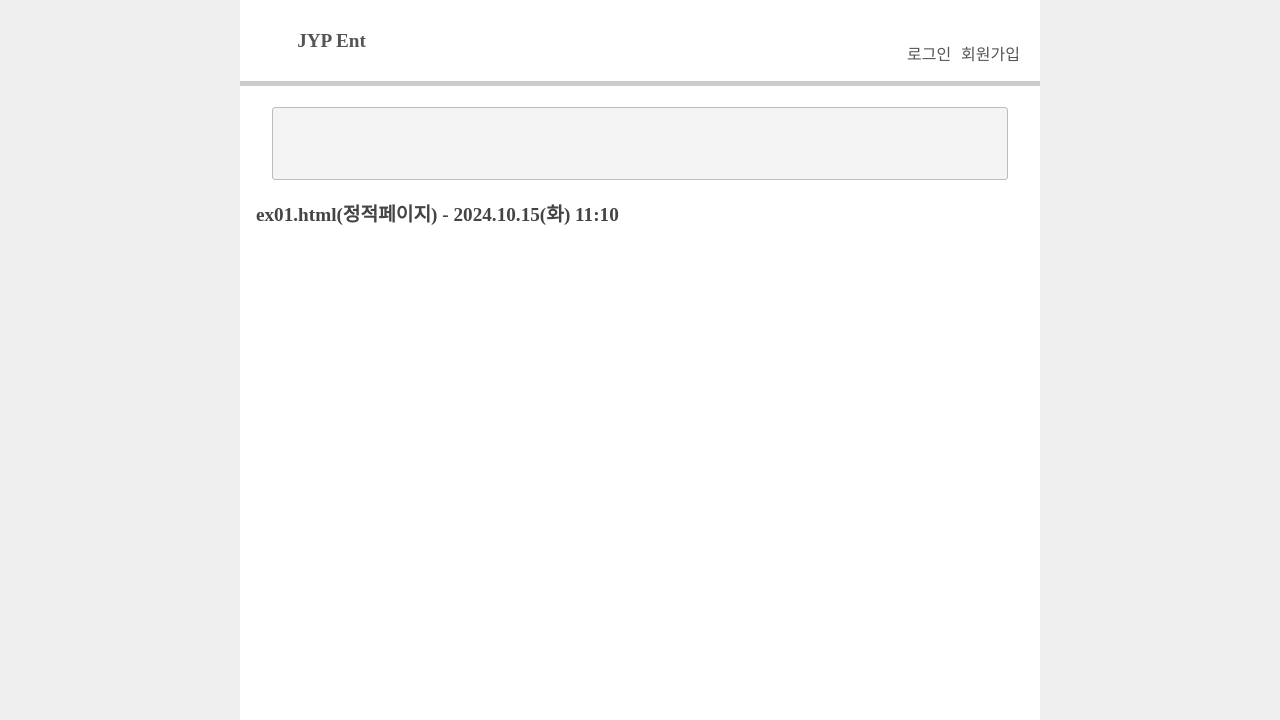
Repository: junyong231/JSP-SSIT
Page: http://localhost/jspPro/days01/ex01.jsp
These files come from the project's save history. The page is drawn as it stood at one moment and after the next save; the edit follows.
The browser window is 1280 px wide. The pictures show the whole page.
Some web fonts or font styles are not loaded; a fallback is used. The page is served by Tomcat 9. Nobody is signed in. The application's start-up code is not run. Other server files are loaded and not shown.

Above is the page before, as saved 2024-10-15 02:11:35.

### jspPro/src/main/webapp/days01/ex01.jsp
<%@ page contentType="text/html; charset=UTF-8" pageEncoding="UTF-8"%>
<!DOCTYPE html>
<html>
<head>
<meta charset="UTF-8">
<title>Insert title here</title>
<link rel="shortcut icon" type="image/x-icon" href="http://localhost/jspPro/images/SiSt.ico">
<script src="https://ajax.googleapis.com/ajax/libs/jquery/3.7.1/jquery.min.js"></script>
<meta name="viewport" content="width=device-width, initial-scale=1.0">
<meta name="google" content="notranslate">
<link rel="stylesheet" href="http://localhost/jspPro/resources/cdn-main/example.css">
<script src="http://localhost/jspPro/resources/cdn-main/example.js"></script>
<style>
 span.material-symbols-outlined{
    vertical-align: text-bottom;
 }
</style>
</head>
<body>
<header>
  <h1 class="main"><a href="#" style="position: absolute;top:30px;">JYP Ent</a></h1>
  <ul>
    <li><a href="#">로그인</a></li>
    <li><a href="#">회원가입</a></li>
  </ul>
</header>
<div>
  <xmp class="code">

  </xmp>
  <h3>ex01.html(정적페이지) - 2024.10.15(화) 11:10</h3>
</div>
</body>
</html>

### jspPro/src/main/webapp/resources/cdn-main/example.css
@charset "UTF-8";

@import url('https://fonts.googleapis.com/css2?family=Material+Symbols+Outlined:opsz,wght,FILL,GRAD@20..48,100..700,0..1,-50..200');

@font-face {
    font-family: 'GmarketSansMedium';
    src: url('https://cdn.jsdelivr.net/gh/projectnoonnu/noonfonts_2001@1.1/GmarketSansMedium.woff') format('woff');
    font-weight: normal;
    font-style: normal;
}

:root {
	--text-color: #555;
	--sub-text-color: #777;
	--back-color: #EFEFEF;
	--header-color: #444;
	--primary-color: #DEDEDE;
	--secondary-color: #EFEFEF;
	--default-width: 800px;
	--narrow-width: 500px;
	--wide-width: 1200px;
	--text-font: 'GmarketSansMedium';
	--icon-font: 'Material Symbols Outlined';
	--border-color: #CCC;
}

html, body {
	margin: 0;
	padding: 0;
}

html {
	background-color: var(--back-color);
	display: flex;
	justify-content: center;
	min-height: 100vh;
}

body, body.default {
	width: var(--default-width);
	background-color: white;
	padding-bottom: 120px;
}

body.wide {
	width: var(--wide-width);
}

body.narrow {
	width: var(--narrow-width);
}



body, p, div, span, a, input, select, option, textarea, button, table, th, td, label, fieldset, legend {
	font-family: var(--text-font);
	color: var(--text-color);
}

h1, h2, h3 {
	font-family: var(--text-font);
	color: var(--header-color);
	padding: 0 1rem;
	padding-top: .5rem;
}

div > h1, div > h2, div > h3 {
	padding: 0;
}

body > div, body > main > div {
	padding: 0.3rem 1rem;
}


h1 { font-size: 2rem; border-bottom: 1px solid var(--border-color); }
h1 small { font-size: 1.2rem; color: var(--sub-text-color); }
h2 { font-size: 1.5rem; border-bottom: 1px dashed var(--border-color); }
h2 small { font-size: 1.1rem; color: --sub-text-color; }
h3 { font-size: 1.2rem; }
h3 small { font-size: 1rem; color: --sub-text-color; }



h1.main::before {
	font-family: var(--icon-font);
  	content: '\e666';
  	margin-right: 10px;
  	float: left;
	font-size: 2.5rem;
}

h1.sub::before {
	font-family: var(--icon-font);
  	content: '\ea19';
  	margin-right: 10px;
  	float: left;
	font-size: 2.5rem;
}


h1.page::before {
	font-family: var(--icon-font);
  	content: '\e0e0';
  	margin-right: 10px;
  	float: left;
	font-size: 2.5rem;
}

body > header > ul > li > .active{
	background-color: #FFF;
	color:#F00;
}

body > header {
	display: flex;
	justify-content: space-between;
	border-bottom: 5px solid var(--border-color);
	min-height: 74px;
	background-color: #FFF;
}

body > header.sticky {
	position: sticky;
	top: 0;
	z-index: 98;
}

body > header > h1 {
	font-size: 1.2rem;
	border: 0;
}

body > header.in > h1::before {
	font-family: var(--icon-font);
  	content: '\e332‥';
  	margin-right: 3px;
  	float: left;
	font-size: 2rem;
}


body > header > ul {
	list-style-type: none;
	display: flex;
	align-items: flex-end;
	margin-right: 10px;
}

body > header > ul > li {
	margin-right: 10px;
	cursor: pointer;
}

body > header > ul > li > a {
	cursor: pointer;
}


form {
	display: block;
}

form > div {
	padding: 0.3rem 1rem;
}

div > form > div {
	padding: 0.3rem 0;
}

input, textarea, button, select {
	border: 1px solid #BBB;
	border-radius: 3px;
	outline: none;
	resize: none;
	padding: 7px;
	margin: 0;
}

input[type=text]:read-only, textarea:read-only {
	cursor: not-allowed;
	background-color: #FFF;
}

input[type=text]:disabled, textarea:disabled {
	cursor: not-allowed;
	background-color: #EEE;
}

input[type=text], input[type=password], textarea, button, select {
	/* width: 300px; */
}

textarea {
	display: block;
	height: 100px;
}

input[type=button], input[type=submit], button {
	/* width: inherit; */
}

input.short, textarea.short, button.short, select.short {
	width: 100px;
}

input.long, textarea.long, button.long, select.long {
	width: 350px;
}

.narrow input.long, .narrow textarea.long, .narrow button.long, .narrow select.long {
	width: calc(100% - 20px);
}

input.full, textarea.full, button.full, select.full {
	width: calc(100% - 20px);
}

textarea.short {
	height: 50px;
}

textarea.long {
	height: 100px;
}

textarea.full {
	height: 200px;
}

input, textarea {
	padding-top: 8px;
}

input[type=button], input[type=submit], button {
	padding: 5px 10px;
	background-color: var(--secondary-color);
	cursor: pointer;
	min-height: 36px;
}

input[type=button].primary, input[type=submit].primary, button.primary {
	/* background-color: rgba(100, 149, 237, .2); */
	background-color: var(--primary-color);
}

input[type=button].primary:hover, input[type=submit].primary:hover, button.primary:hover {
	/* background-color: rgba(100, 149, 237, .3); */
	background-color: var(--secondary-color);
}

input[type=button]:hover, input[type=submit]:hover, button:hover {
	background-color: var(--primary-color);
}

button {
	position: relative;
	left: 0;
	top: 0;
	padding-left: 35px;
}

button .material-symbols-outlined {
	position: absolute;
	left: 10px;
	top: 4px;
}

/* k2nik add */
button.login::before {
	font-family: var(--icon-font);
  	content: '\ea77';
	position: absolute;
	left: 11px;
	top: 4px;
	font-size: 1.25rem;
}

/* k2nik logout */
button.logout::before {
	font-family: var(--icon-font);
  	content: '\e9ba';
	position: absolute;
	left: 11px;
	top: 4px;
	font-size: 1.25rem;
}

/* k2nik help */
button.help::before {
	font-family: var(--icon-font);
  	content: '\f1c0';
	position: absolute;
	left: 11px;
	top: 4px;
	font-size: 1.25rem;
}

button.add::before{
	font-family: var(--icon-font);
  	content: '\e746';
	position: absolute;
	left: 11px;
	top: 4px;
	font-size: 1.25rem;
}

button.back::before {
	font-family: var(--icon-font);
  	content: '\e166';
	position: absolute;
	left: 11px;
	top: 4px;
	font-size: 1.25rem;
}

button.list::before {
	font-family: var(--icon-font);
  	content: '\e0ee';
	position: absolute;
	left: 11px;
	top: 4px;
	font-size: 1.25rem;
}


button.del::before {
	font-family: var(--icon-font);
  	content: '\e872';
	position: absolute;
	left: 11px;
	top: 4px;
	font-size: 1.25rem;
}


button.edit::before {
	font-family: var(--icon-font);
  	content: '\e745';
	position: absolute;
	left: 11px;
	top: 4px;
	font-size: 1.25rem;
}


button.login::before {
	font-family: var(--icon-font);
  	content: '\ea77';
	position: absolute;
	left: 11px;
	top: 4px;
	font-size: 1.25rem;
}


button.logout::before {
	font-family: var(--icon-font);
  	content: '\e9ba';
	position: absolute;
	left: 11px;
	top: 4px;
	font-size: 1.25rem;
}


button.in::before {
	font-family: var(--icon-font);
  	content: '\f71a';
	position: absolute;
	left: 11px;
	top: 4px;
	font-size: 1.25rem;
}


button.out::before {
	font-family: var(--icon-font);
  	content: '\f70e';
	position: absolute;
	left: 11px;
	top: 4px;
	font-size: 1.25rem;
}


button.reply::before {
	font-family: var(--icon-font);
  	content: '\e15e';
	position: absolute;
	left: 11px;
	top: 4px;
	font-size: 1.25rem;
}


button.comment::before {
	font-family: var(--icon-font);
  	content: '\e0b9';
	position: absolute;
	left: 11px;
	top: 4px;
	font-size: 1.25rem;
}


button.modal::before {
	font-family: var(--icon-font);
  	content: '\e89e';
	position: absolute;
	left: 11px;
	top: 4px;
	font-size: 1.25rem;
}


button.ok::before {
	font-family: var(--icon-font);
  	content: '\e86c';
	position: absolute;
	left: 11px;
	top: 4px;
	font-size: 1.25rem;
}


button.cancel::before {
	font-family: var(--icon-font);
  	content: '\e5c9';
	position: absolute;
	left: 11px;
	top: 4px;
	font-size: 1.25rem;
}

button.search::before {
	font-family: var(--icon-font);
  	content: '\e8b6';
	position: absolute;
	left: 11px;
	top: 4px;
	font-size: 1.25rem;
}

button.home::before {
	font-family: var(--icon-font);
  	content: '\e88a';
	position: absolute;
	left: 11px;
	top: 4px;
	font-size: 1.25rem;
}


button.sidebar::before {
	font-family: var(--icon-font);
  	content: '\f7e4';
	position: absolute;
	left: 11px;
	top: 4px;
	font-size: 1.25rem;
}


button.sidebar-right::before {
	font-family: var(--icon-font);
  	content: '\f7e5';
	position: absolute;
	left: 11px;
	top: 4px;
	font-size: 1.25rem;
}




button::before {
	font-family: var(--icon-font);
  	content: '\e323';
	position: absolute;
	left: 11px;
	top: 4px;
	font-size: 1.25rem;
}


table {
	border-collapse: collapse;
	margin: 1rem;
	box-sizing: border-box;
	width: calc(100% - 32px);
}

table.content {
	width: auto;
}

div > table {
	margin: 0;
}

table th, table td {
	border: 1px solid var(--border-color);
	padding: 7px;
	font-weight: normal;
}

table th {
	background-color: var(--back-color);
}

table.vertical th {
	width: 150px;
}

table.vertical td {
	width: calc(100% - 182px);
	padding-left: 10px;
}

table.content td, table.content th {
	width: auto;
}

body.narrow table.vertical th {
	width: 100px;
}

body.narrow table.vertical td {
	width: calc(100% - 182px);
}


table + table {
	margin-top: 30px;
}


p {
	padding: 0 1rem;
}

a {
	text-decoration: none;
}

a:hover {
	color: rgba(255, 99, 71, .7);
}

hr {
	border: 0;
	border-top: 1px solid var(--border-color);
	margin: 2rem 0;
}

.message {
	border: 1px solid var(--border-color);
	background-color: #EFEFEF;
	margin: 1rem;
	width: auto;
	padding-top: 10px;
	padding-bottom: 10px;
	font-size: 14px;
}

.message[title]::before {
	content: attr(title);
	display: block;
	border-bottom: 1px solid var(--border-color);
	padding-bottom: 5px;
	margin-bottom: 10px;
	margin-top: 7px;
}

.message.short {
	max-width: 250px;
}

.message.long {
	max-width: 500px;
}

.badge {
	float: right;
	font-size: .8rem;
	margin-top: 2px;
	margin-right: 2px;
	text-shadow: 0 0 7px gray;
}

.badge.left {
	float: none;
	margin-left: 2px;
}

.badge.right {
	float: right;
}

.badge.red {
	border-radius: 50%;
	padding: 2px 5px;
	background-color: rgb(255, 99, 71, .3);
}

.badge.yellow {

	border-radius: 50%;
	padding: 2px 5px;
	background-color: rgb(255, 215, 0, .5);
}

.badge.blue {
	border-radius: 50%;
	padding: 2px 5px;
	background-color: rgb(100, 149, 237, .3);
}

label + label {
	margin-left: 7px;
}

label input[type=checkbox], label input[type=radio] {
	transform: translate(0, 1px);
}

.group {
	display: flex;
}

.modal-content .group {
	margin-bottom: .5rem;
}

.group label {
	border: 1px solid #BBB;
	border-radius: 3px;
	outline: none;
	resize: none;
	padding: 7px 14px;
	margin: 0;
	border-top-right-radius: 0;
	border-bottom-right-radius: 0;
	background-color: #EFEFEF;
	white-space: nowrap;
	font-size: 14px;
}

.group input[type=text] {
	margin-left: -1px;
	border-top-left-radius: 0;
	border-bottom-left-radius: 0;
}

.group select {
	margin-left: -1px;
	border-top-left-radius: 0;
	border-bottom-left-radius: 0;
}

.group input.full[type=text] {
	margin-left: -1px;
	border-top-left-radius: 0;
	border-bottom-left-radius: 0;
	width: 100%;
}

.group input[type=button]:first-child, .group button:first-child {
	border-top-left-radius: 3px;
	border-bottom-left-radius: 3px;
	margin-left: 0px;
}

.group input[type=button], .group button {
	border-radius: 0;
	margin-left: -1px;
}

.group input[type=button]:last-child, .group button:last-child {
	margin-left: -1px;
	border-top-right-radius: 3px;
	border-bottom-right-radius: 3px;
}

.seperate {
	display: flex;
	justify-content: space-between;
}

div.list {
	width: max-content;
	margin: 1rem;
	border: 1px solid #BBB;
	border-radius: 3px;
	padding: 0;
}

div.list.full {
	width: auto;
	display: block;
	margin: 1rem;
	border: 1px solid #BBB;
	border-radius: 3px;
	padding: 0;
}

div.list > div {
	padding: .5rem 1rem;
	margin: 0;
	border-bottom: 1px solid #BBB;
}

div.list > div:last-child {
	border-bottom: 0;
}

pre.code , xmp.code{
	font-family: consols;
	background-color: rgba(150, 150, 150, .1);
	border: 1px solid #BBB;
	border-radius: 3px;
	padding: .5rem 1rem;
	padding-bottom: .6rem;
	margin: 1rem;
}




*[data-modal-window] {
	position: fixed;
	background-color: rgba(0, 0, 0, .3);
	left: 0;
	top: 0;
	display: none;
	justify-content: center;
	align-items: flex-start;
	width: 100%;
	min-height: 100vh;
	z-index: 100;
	opacity: 0;
	transition: 500ms all;
}

*[data-modal-window] .modal-container {
	border-radius: 5px;
	padding: 1rem;
	padding-bottom: .5rem;
	margin-top: -500px;
	opacity: 0;
	width: 500px;
	background-color: #FFF;
	margin-right: 2rem;
	transition: 500ms all;
}

*[data-modal-size=content] .modal-container {
	width: auto;
}

*[data-modal-size=narrow] .modal-container {
	width: 300px;
}

*[data-modal-size=wide] .modal-container {
	width: 760px;
}


*[data-modal-window] .modal-header {
	border-bottom: 1px solid var(--border-color);
	padding: 2px 5px;
}

*[data-modal-window] .modal-content {
	padding: 1rem 5px;
}

*[data-modal-window] .modal-content div:last-child {
	margin-top: 1rem;
	text-align: right;
}



*[data-sidebar-window] {
	position: fixed;
	background-color: #FFF;
	left: 0;
	top: 0;
	display: block;
	width: 300px;
	border-right: 1px solid var(--border-color);
	box-sizing: border-box;
	box-shadow: 0 0 3px var(--back-color);
	min-height: 100vh;
	z-index: 99;
	transform: translate(-300px, 0);
	transition-duration: 500ms;
	transition-property: transform;
}

*[data-sidebar-direction=right] {
	left: auto;
	right: 0;
	transform: translate(300px, 0);
	border-left: 1px solid var(--border-color);
}

*[data-sidebar-size=wide] {
	width: 500px;
	transform: translate(-500px, 0);
}

*[data-sidebar-window] .sidebar-title {
	border-bottom: 1px solid var(--border-color);
	margin-top: 20px;
	margin-bottom: 20px;
	padding-bottom: 5px;
	display: flex;
	justify-content: space-between;
}

*[data-sidebar-window] .sidebar-title span:last-child {
	cursor: pointer;
}


/* K2Nik pagination */
.center {
  text-align: center;
}

.pagination {
  display: inline-block;
}

.pagination a {
  color: black;
  float: left;
  padding: 3px 6px;
  text-decoration: none;
  transition: background-color .3s;
  border: 1px solid #ddd;
  margin: 0 3px;
}

.pagination a.active {
  background-color: #4CAF50;
  color: white;
  border: 1px solid #4CAF50;
}

.pagination a:hover:not(.active) {background-color: #ddd;}

### jspPro/src/main/webapp/resources/cdn-main/example.js

window.onload = () => {

    const list = document.querySelectorAll('input, textarea');

    list.forEach(item => {
        item.setAttribute('autocomplete', 'off');
    });


    const modal_btn_list = document.querySelectorAll('*[data-modal-button]');

    modal_btn_list.forEach(item => {
        item.onclick = function() {

            const name = this.dataset['modalButton'];
            const modal_window = document.querySelector('*[data-modal-window=' + name);

            const container = document.createElement('div');
            container.className = 'modal-container';



            const modal_header = document.createElement('div');
            modal_header.textContent = modal_window.dataset['modalTitle'];
            modal_header.className = 'modal-header';
            container.appendChild(modal_header);

            const modal_content = document.createElement('div');
            modal_content.className = 'modal-content';
            container.appendChild(modal_content);

            Array.from(modal_window.childNodes).forEach(item => {
                modal_content.appendChild(item);
            });

            modal_window.appendChild(container);

            modal_window.style.display = 'flex';

            setTimeout(() => {
                modal_window.style.opacity = 1;
                container.style.marginTop = '20px';
                container.style.opacity = 1;
            }, 50);


            const modal_ok = document.querySelector('*[data-modal-ok=' + name);
            modal_ok.addEventListener('click', function() {
                modal_window.style.opacity = 0;
                container.style.marginTop = '-500px';
                container.style.opacity = 0;

                setTimeout(() => {
                    modal_window.innerHTML = modal_content.innerHTML;
                    modal_window.style.display = 'none';
                }, 500);

            });

            const modal_cancel = document.querySelector('*[data-modal-cancel=' + name);
            modal_cancel.addEventListener('click', function() {

                modal_window.style.opacity = 0;
                container.style.marginTop = '-500px';
                container.style.opacity = 0;

                setTimeout(() => {
                    modal_window.innerHTML = modal_content.innerHTML;
                    modal_window.style.display = 'none';
                }, 500);
            });


        };
    });


    const sidebar_btn_list = document.querySelectorAll('*[data-sidebar-button]');

    sidebar_btn_list.forEach(item => {
        item.onclick = function() {



            const name = this.dataset['sidebarButton'];
            const sidebar_window = document.querySelector('*[data-sidebar-window=' + name);

            if (sidebar_window.style.transform == 'translate(0px, 0px)') return;



            sidebar_window.style.transform = 'translate(0, 0)';

            const sidebar_title = document.createElement('div');
            sidebar_title.className = 'sidebar-title';
            sidebar_title.innerHTML = '<span>' + sidebar_window.dataset['sidebarTitle'] + '</span><span class="material-symbols-outlined">close</span>';

            sidebar_title.children[1].onclick = function() {

                let sign = 1;
                let distance = 300;

                if (sidebar_window.dataset['sidebarDirection'] != 'right') {
                    sign = -1;
                } else {
                    sign = 1;
                }

                if (sidebar_window.dataset['sidebarSize'] != 'wide') {
                    distance = 300;
                } else {
                    distance = 500;
                }

                distance *= sign;

                sidebar_window.style.transform = 'translate(' + distance + 'px, 0)';

                setTimeout(function() {
                    sidebar_window.removeChild(sidebar_window.children[0]);
                }, 500);
            };


            sidebar_window.prepend(sidebar_title);

        }
    });

};

// window.onkeydown = function(event) {

//     if (event.keyCode == 27) {
//         if (document.querySelector('[data-modal-window').style.display == 'flex') {
//             document.querySelector('[data-modal-window').style.display = 'none';
//         }
//     }

// };

After the next save:
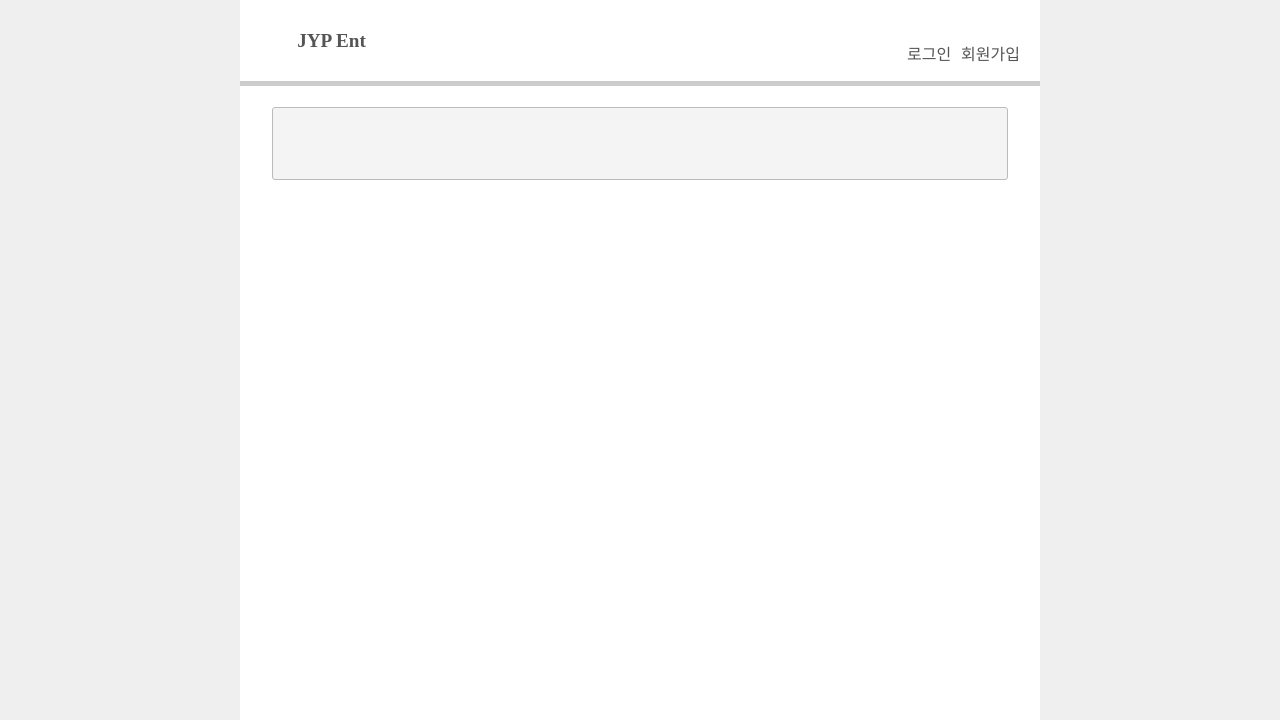
Saved 1 s later.
--- a/jspPro/src/main/webapp/days01/ex01.jsp
+++ b/jspPro/src/main/webapp/days01/ex01.jsp
@@ -28,7 +28,7 @@
   <xmp class="code">
 
   </xmp>
-  <h3>ex01.html(정적페이지) - 2024.10.15(화) 11:10</h3>
+
 </div>
 </body>
 </html>

After the save that followed:
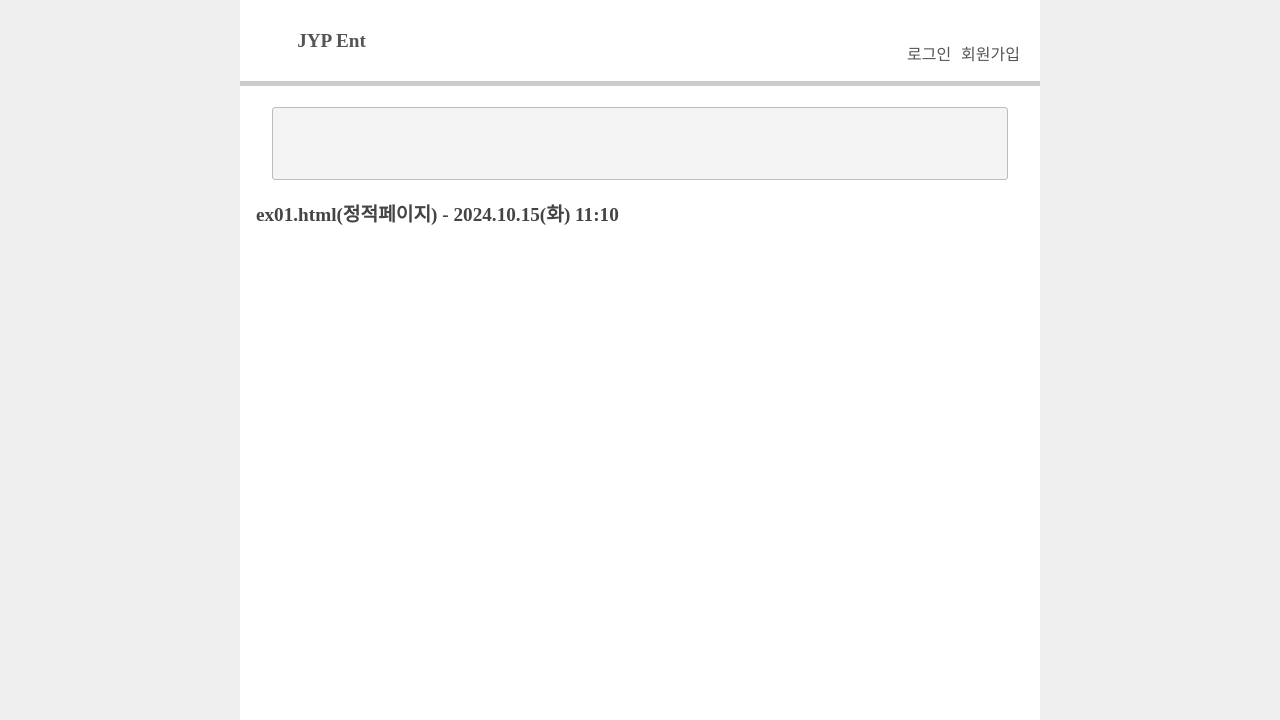
Saved 55 s later.
--- a/jspPro/src/main/webapp/days01/ex01.jsp
+++ b/jspPro/src/main/webapp/days01/ex01.jsp
@@ -28,7 +28,7 @@
   <xmp class="code">
 
   </xmp>
-
+  <h3>ex01.html(정적페이지) - 2024.10.15(화) 11:10</h3>
 </div>
 </body>
 </html>
